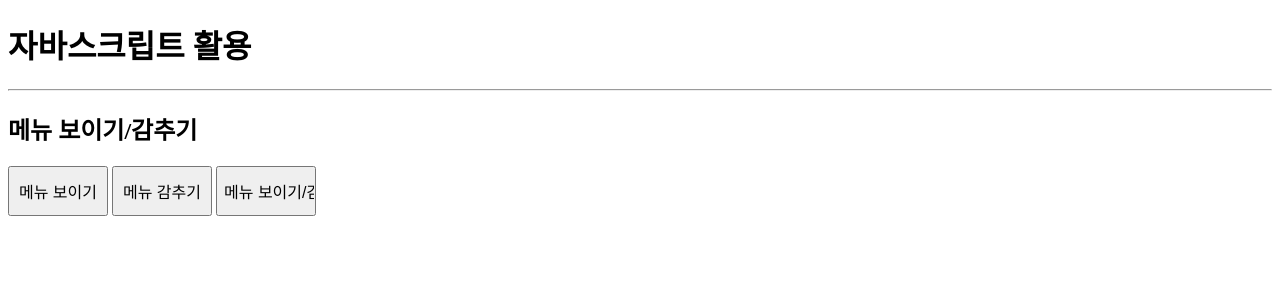
Repository: god5228god/Jsp
Page: WebApp03/WebContent/Test037.html
These files come from the project's save history. The page is drawn as it stood at one moment and after the next save; the edit follows.
The browser window is 1280 px wide. The pictures show the whole page.

Above is the page before, as saved 2026-02-26 01:17:36.

After the next save:
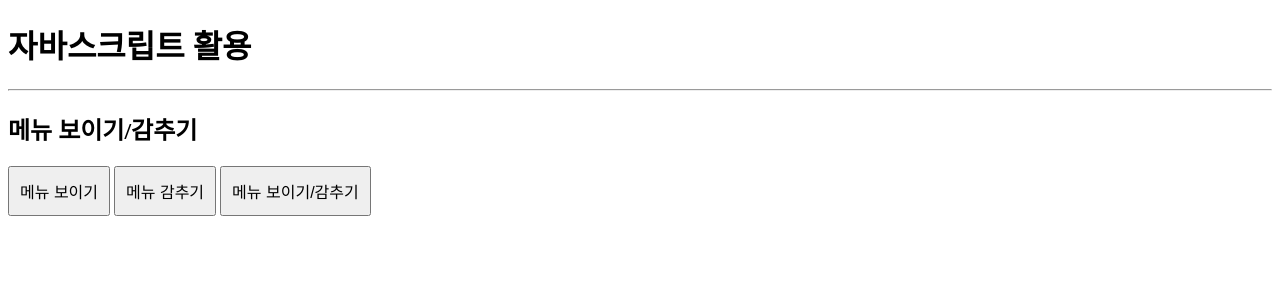
Saved 14 s later.
--- a/WebApp03/WebContent/Test037.html
+++ b/WebApp03/WebContent/Test037.html
@@ -4,7 +4,7 @@
 <meta charset="UTF-8">
 <title>Test037.html</title>
 <style type="text/css">
-.btn{width: 100px; height: 50px; font-size: 16px;}
+.btn{padding: 0 10px; height: 50px; font-size: 16px;}
 #menuTable{display: none;}
 
 </style>
